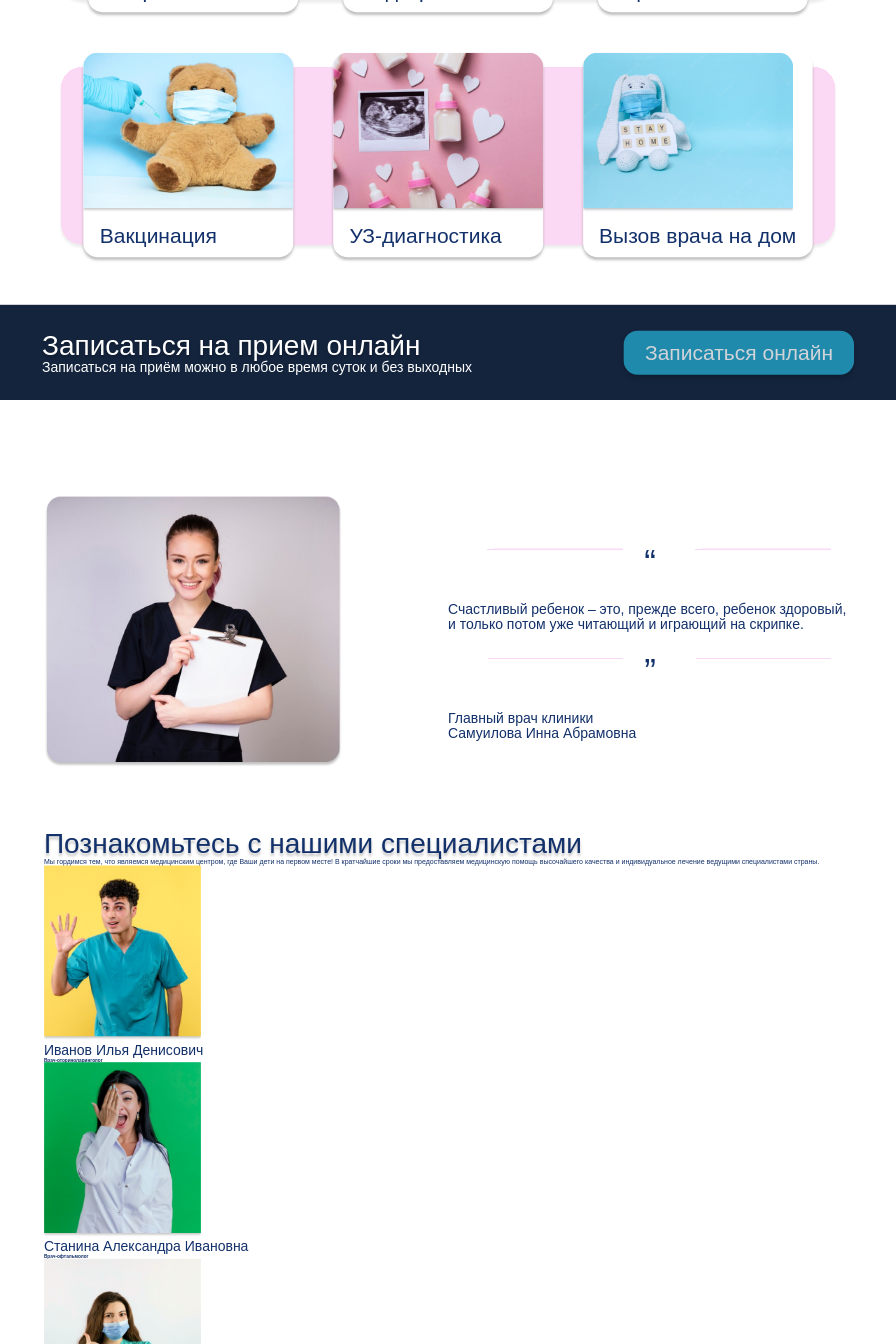
Repository: Normandy72/Landing-Page-Happy-Child
Page: index.html
The author's editor kept a copy of each file at every save. The page is drawn from the files as they stood at one save, then again after the next save.
The browser window is 1280 px wide. The pictures show the part of the page from y = 2228 to 4148 px (the page is 8064 px tall), at 70% of full size.
Some web fonts or font styles are not loaded; a fallback is used.

Above is the page before, as saved 2022-11-12 14:33:18.

After the next save:
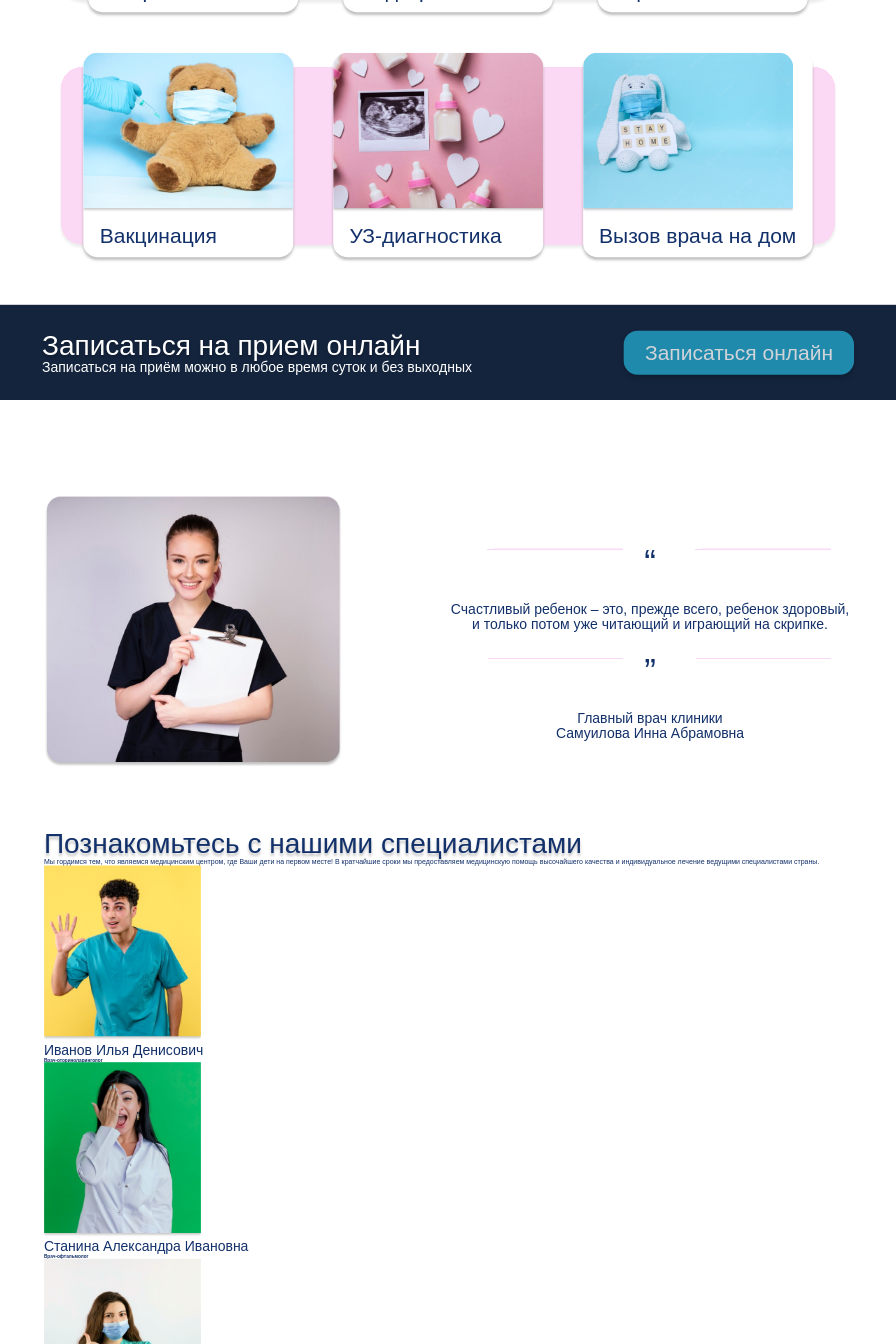
Saved 42 s later.
--- a/styles/section_chief.css
+++ b/styles/section_chief.css
@@ -16,6 +16,10 @@
     display: flex;
     flex-direction: column;
     justify-content: space-between;
+}
+
+.chief__text h5{
+    text-align: center;
 }
 
 .text__lines{
